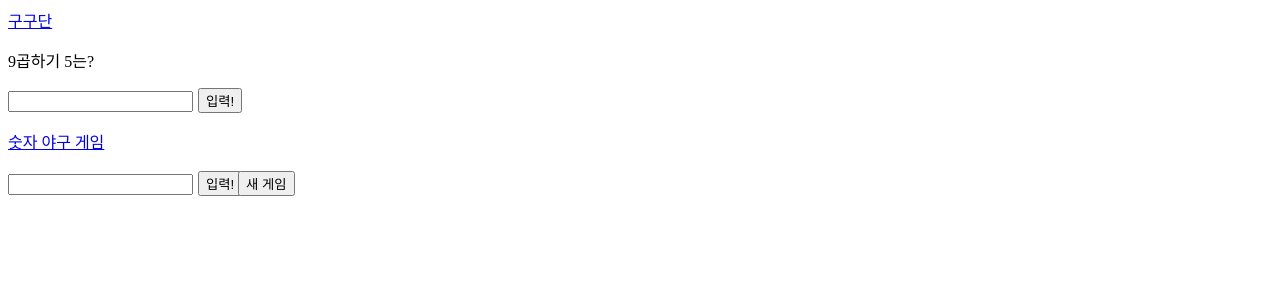
Repository: jun01270/number_baseball
Page: index.html
An editor plug-in stored every save of this project. The page is shown before and after the next save, followed by the edit.
The browser window is 1280 px wide. The pictures show the whole page.

Above is the page before, as saved 2023-08-28 22:05:06.

After the next save:
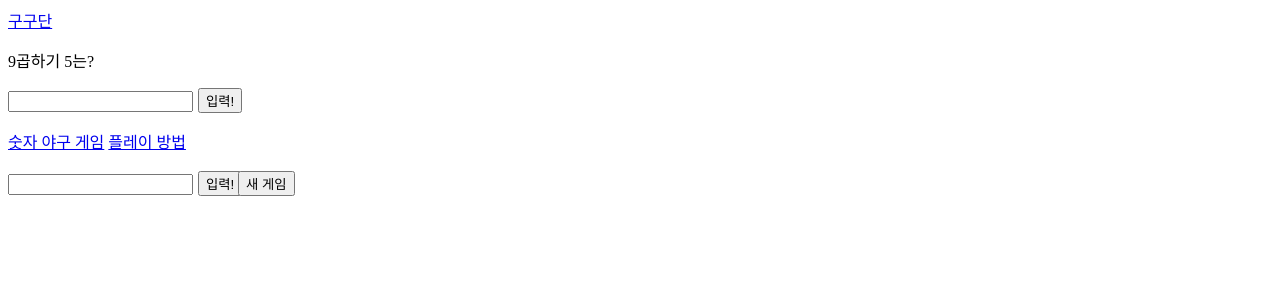
Saved 8 min 5 s later.
--- a/index.html
+++ b/index.html
@@ -16,6 +16,9 @@
       <p id="end"></p>
     </div>
     <a href="#number_baseball">숫자 야구 게임</a>
+    <a href="https://namu.wiki/w/%EC%88%AB%EC%9E%90%EC%95%BC%EA%B5%AC"
+      >플레이 방법</a
+    >
     <div id="number_baseball">
       <br />
       <form id="baseball">
